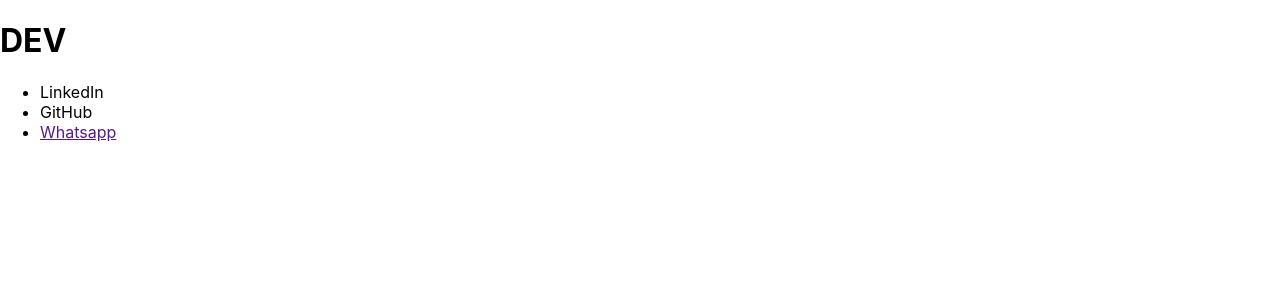
Repository: FxIvan/myweb
Page: /
These files come from the project's save history. The page is drawn as it stood at one moment and after the next save; the edit follows.
The browser window is 1280 px wide. The pictures show the whole page.
The project was rebuilt for these pictures with package versions that can differ from the ones it lists, and the page was loaded fresh each time.

Above is the page before, as saved 2022-11-01 23:40:27.

### src/App.js
import { Routes, Route, Link } from "react-router-dom";
import { Header } from "./component/header/header";

function App() {
  return (
    <Routes>
        <Route path="/" element={<Header/>} />
    </Routes>
  );
}

export default App;

### src/component/header/header.js
import React from 'react'
import { Link } from 'react-router-dom'


export const Header = () =>{
    return(
        <div>
            <div>
                <div>
                    <div>
                        <h1>DEV</h1>
                    </div>
                    <div>
                        <ul>
                            <li>LinkedIn</li>
                            <li>GitHub</li>
                            <li><a href='' target='_blanck'>Whatsapp</a></li>
                        </ul>
                    </div>
                </div>
            </div>
        </div>
    )
}

Loaded but not shown: public/index.html (common file); src/index.js (common file); src/index.css (common file); src/reportWebVitals.js (common file)

After the next save:
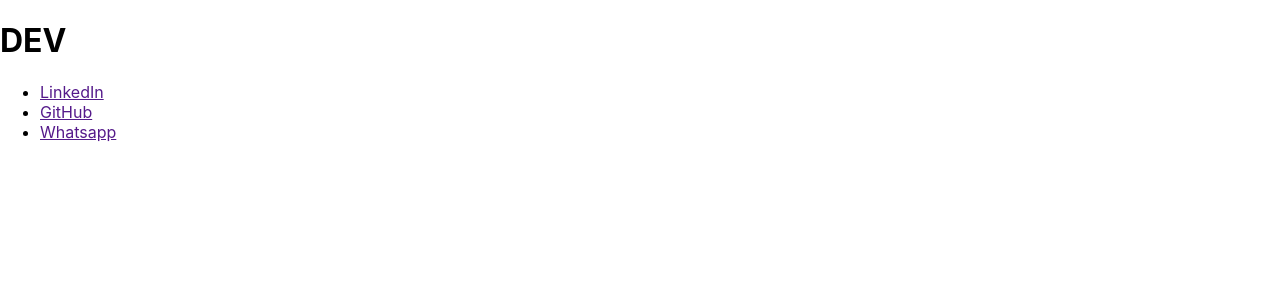
Saved 10 h 37 min later.
--- a/src/component/header/header.js
+++ b/src/component/header/header.js
@@ -12,8 +12,8 @@
                     </div>
                     <div>
                         <ul>
-                            <li>LinkedIn</li>
-                            <li>GitHub</li>
+                            <li><a href='' target='_blanck'>LinkedIn</a></li>
+                            <li><a href='' target='_blanck'>GitHub</a></li>
                             <li><a href='' target='_blanck'>Whatsapp</a></li>
                         </ul>
                     </div>
